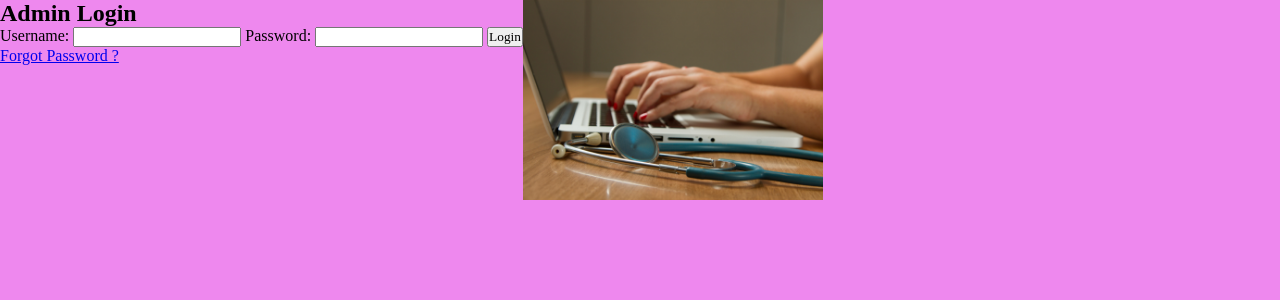
Repository: GauraVPandeyyy/Final-Neuro-dentica
Page: http://localhost/Admin-Panel/login.php
These files come from the project's save history. The page is drawn as it stood at one moment and after the next save; the edit follows.
The browser window is 1280 px wide. The pictures show the whole page.
The page is run by PHP 8.4 with error messages shown; the project is at /var/www/html/.

Above is the page before, as saved 2024-11-10 19:08:10.

### Admin-Panel/login.php
<!DOCTYPE html>
<html lang="en">

<head>
    <meta charset="UTF-8">
    <title>Admin Login</title>
    <link rel="stylesheet" href="login.css">
</head>

<body>
    <div class="container">
        <div class="myForm">
            <h2>Admin Login</h2>
            <form method="POST">
                <label for="username">Username:</label>
                <input type="text" name="username" id="username" required>

                <label for="password">Password:</label>
                <input type="password" name="password" id="password" required>

                <button type="submit" name="login">Login</button>

                <div class="extra">
                    <a href="#">Forgot Password ?</a>
                </div>
        </div>
        <div class="image">
            <img src="Admin-Panel\DoctorImage.jpg" alt="" width="300px">
        </div>
        </form>
    </div>
    <?php

    require("../config.php");

    if (isset($_POST['login'])) {


        $query = "SELECT * FROM `admin_users` WHERE `username` = '$_POST[username]' AND `password` = '$_POST[password]'";

        $result = mysqli_query($conn, $query);

        if (mysqli_num_rows($result) === 1) {
            session_start();
            $_SESSION['admin_logged_in'] = true;
            // $_SESSION['adminLoggedIn'] = $_POST['username'];
            header("Location: dashboard.php");
            exit();
        } else {
            echo "<script> alert('Incorrect Password');</script>";
        }
    }
    ?>

</body>

</html>

### config.php
<?php
$host = "localhost";
$user = "root";        // Default XAMPP username
$password = "";        // Default XAMPP password
$dbname = "mkappointmentdb"; // Your database name

$conn = new mysqli($host, $user, $password, $dbname);

if ($conn->connect_error) {
    die("Connection failed: " . $conn->connect_error);
}
?>

### Admin-Panel/login.css
*{
    padding: 0;
    margin: 0;
    box-sizing: border-box;
    font-family: poppins;
}
body{
    background-color: #e8e;
}
.container{
    display: flex;

}

After the next save:
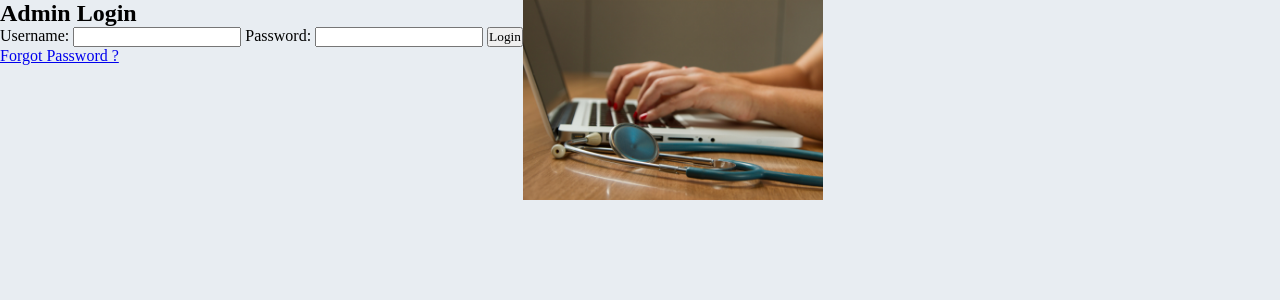
Saved 4 s later.
--- a/Admin-Panel/login.css
+++ b/Admin-Panel/login.css
@@ -5,7 +5,7 @@
     font-family: poppins;
 }
 body{
-    background-color: #e8e;
+    background-color: #e8edf2;
 }
 .container{
     display: flex;
